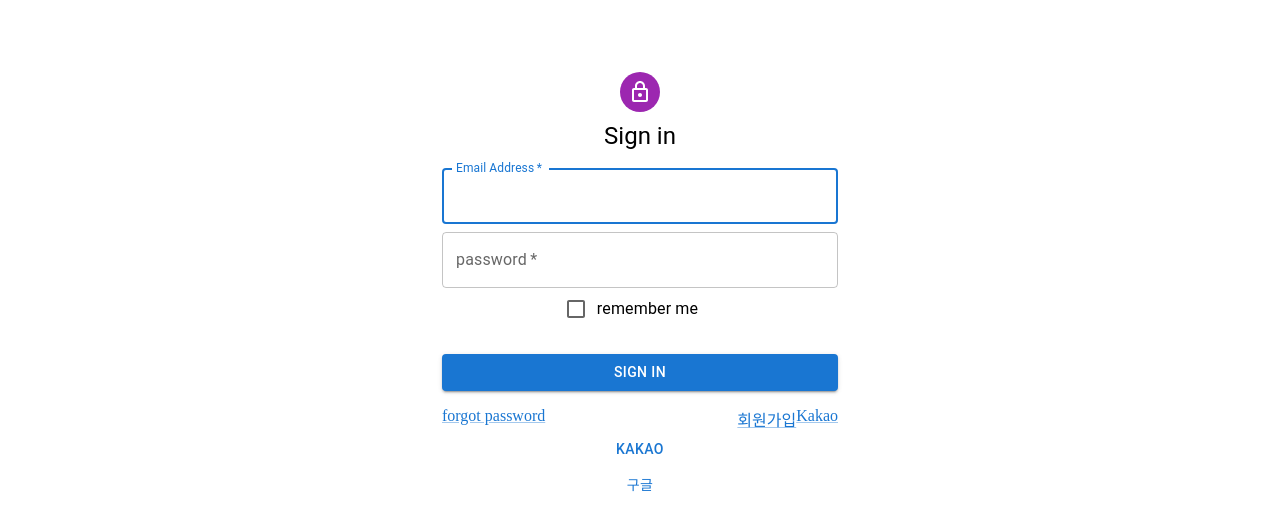
Repository: chlwpdnswku/nextjsportpolioclone
Page: /
An editor plug-in stored every save of this project. The page is shown before and after the next save, followed by the edit.
The browser window is 1280 px wide. The pictures show the whole page.
The project was rebuilt for these pictures with package versions that can differ from the ones it lists, and the page was loaded fresh each time. The framework's server and built-in components were replaced by stand-ins that run in the browser. Also part of the build but not shown: next.config.js.

Above is the page before, as saved 2022-08-06 15:59:30.

After the next save:
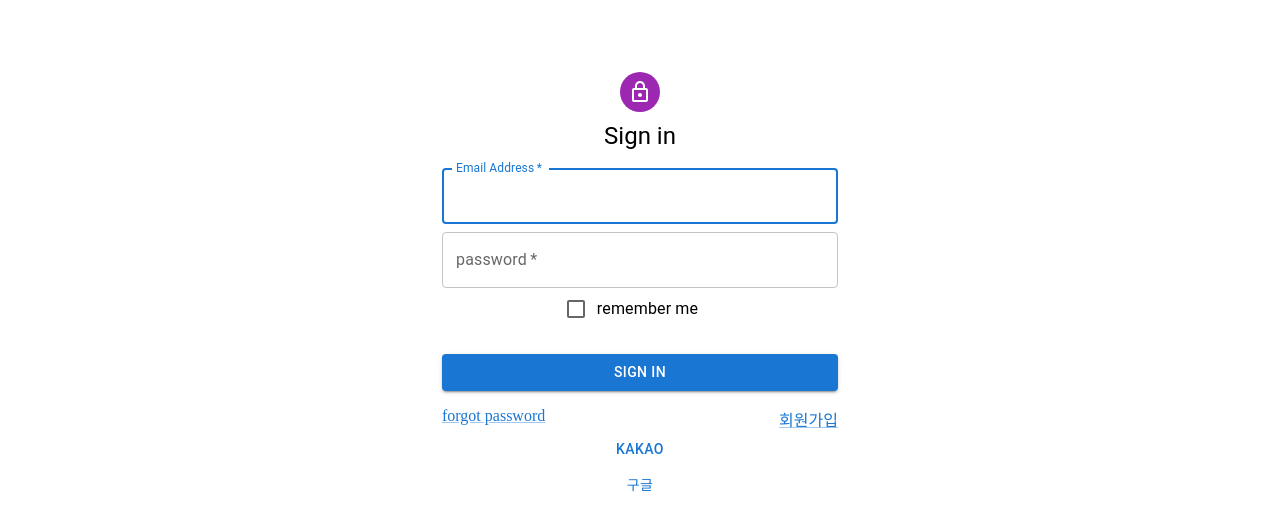
Saved 5 s later.
--- a/component/login.tsx
+++ b/component/login.tsx
@@ -81,10 +81,6 @@ const Home: NextPage = () => {
             {' '}
             <Link href='#'>회원가입</Link>
           </Grid>
-          <Grid item>
-            {' '}
-            <Link href='#'>Kakao</Link>
-          </Grid>
         </Grid>
         <Button>Kakao</Button>
         <Button>구글</Button>
